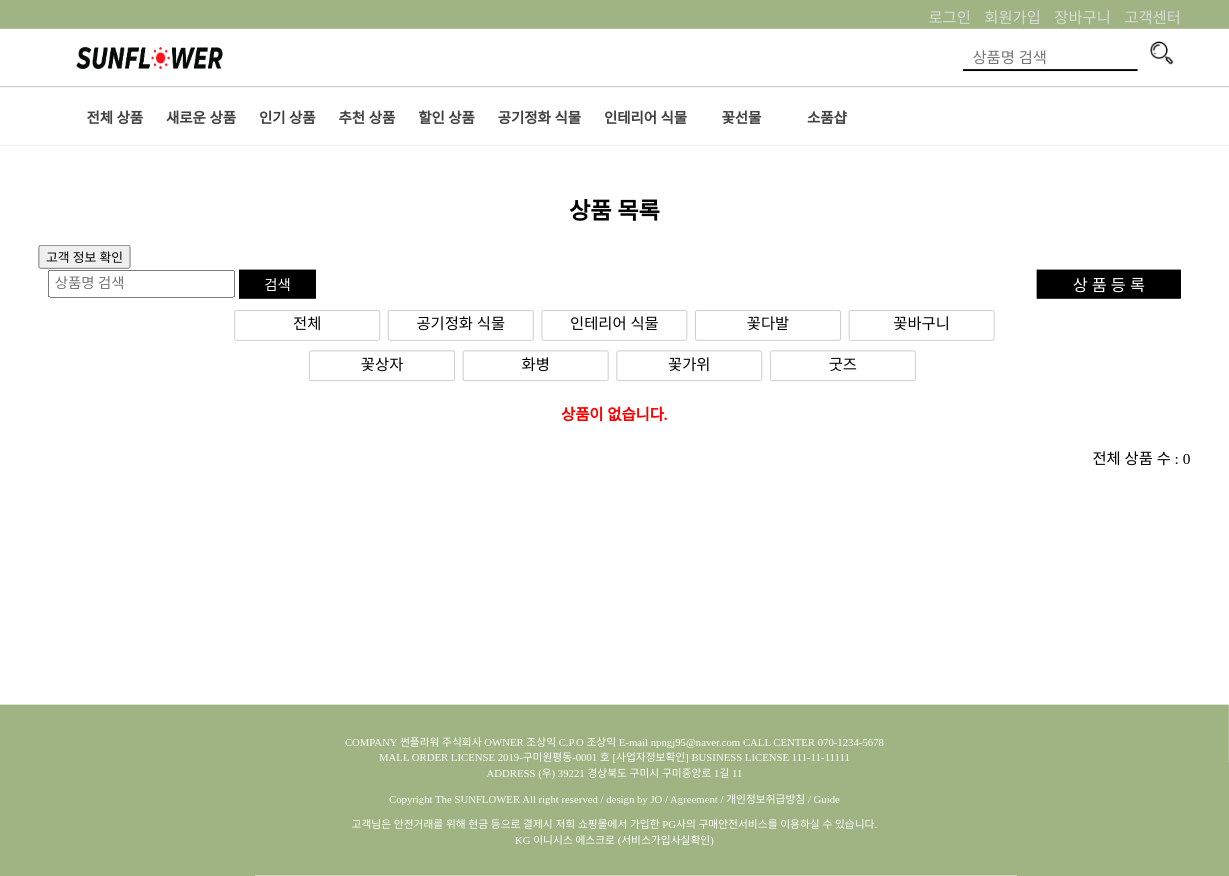
Repository: Jo-Sang-Ik/JSP_hompage
Page: http://localhost/home/product/product_list.jsp?category=11
These files come from the project's save history. The page is drawn as it stood at one moment and after a run of saves; the edit follows.
The browser window is 1280 px wide. The pictures show the whole page, at 96% of full size.
Some web fonts or font styles are not loaded; a fallback is used. The page is served by Tomcat 9. Queries for data that is not in the repository find no rows.

Above is the page before, as saved 2020-05-06 01:58:45.

After the next 2 saves:
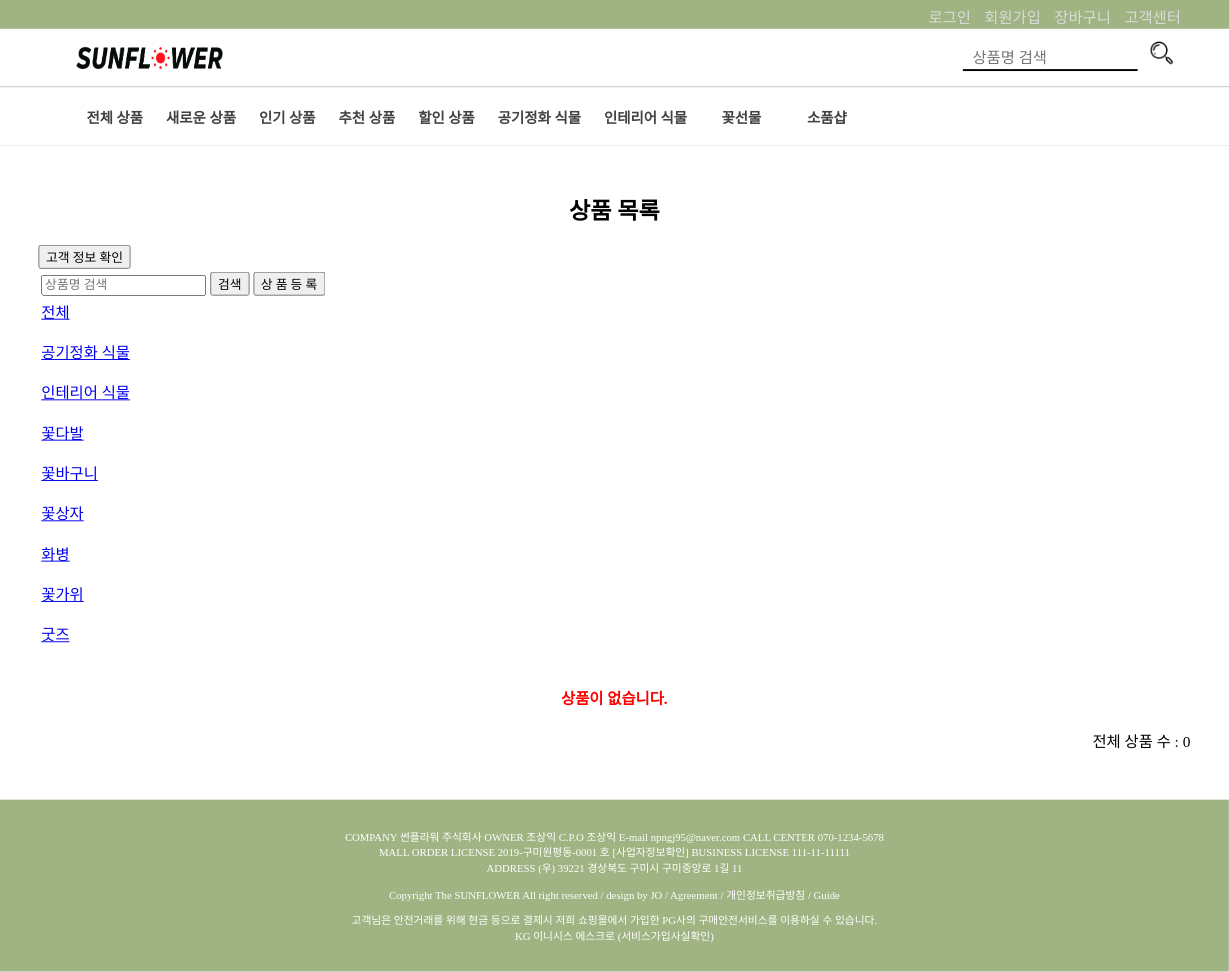
The 2 saves are shown as one change because they came seconds apart.
The last was saved 21 s later.
--- a/workspace/home/WebContent/product/css/product_list.css
+++ b/workspace/home/WebContent/product/css/product_list.css
@@ -1,6 +1,7 @@
 #content { width: 1200px; margin: 0 auto;}
 #content h2 { text-align: center;}
-#content #customer input { width }
+#content #customer input { width: 150px; height: 30px;
+	border: none; background: black; color: white; font-weight: normal; cursor: pointer;
 
 #content table { width: 100%; }
 #content table, th, td { border: 1px solid black; border-collapse: collapse;}

After the save that followed:
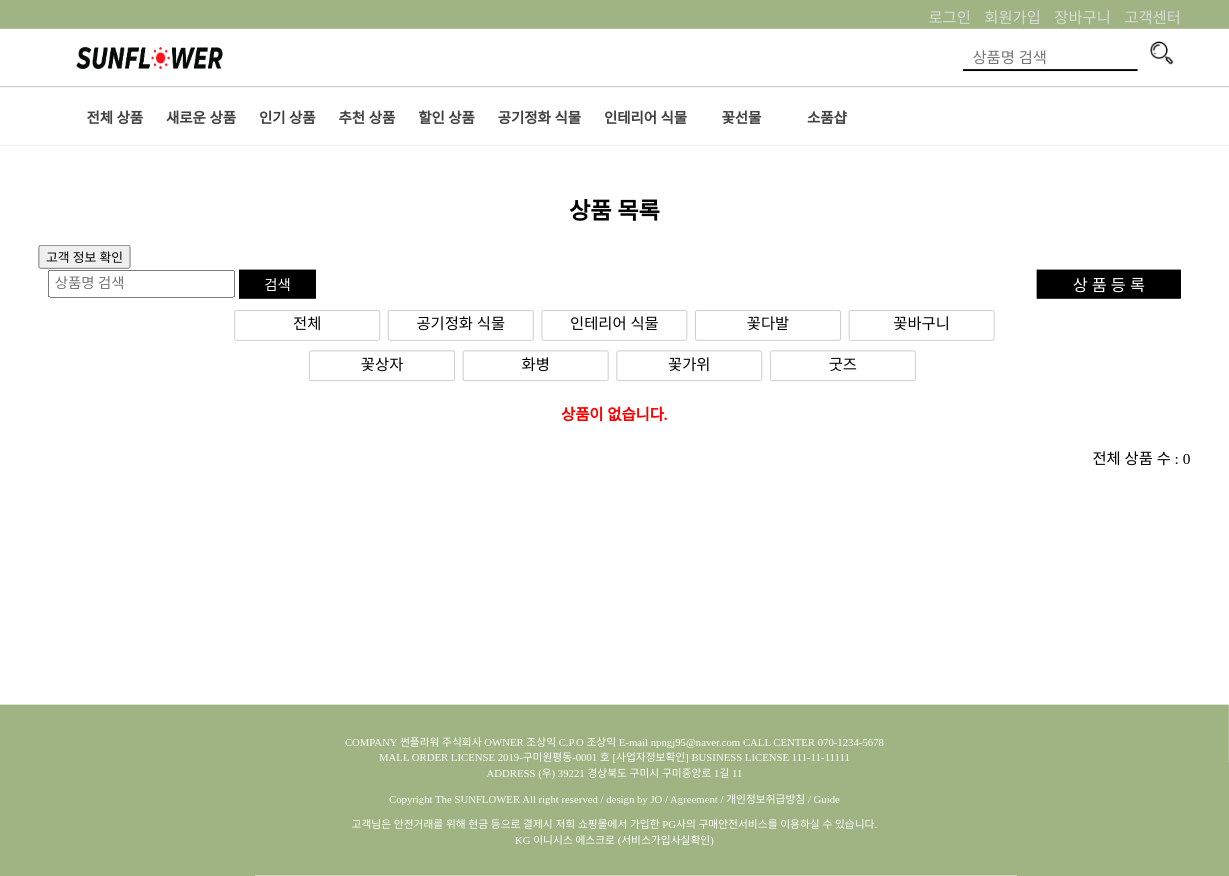
Saved 19 s later.
--- a/workspace/home/WebContent/product/css/product_list.css
+++ b/workspace/home/WebContent/product/css/product_list.css
@@ -1,7 +1,7 @@
 #content { width: 1200px; margin: 0 auto;}
 #content h2 { text-align: center;}
 #content #customer input { width: 150px; height: 30px;
-	border: none; background: black; color: white; font-weight: normal; cursor: pointer;
+	border: none; background: black; color: white; font-weight: normal; cursor: pointer; }
 
 #content table { width: 100%; }
 #content table, th, td { border: 1px solid black; border-collapse: collapse;}
